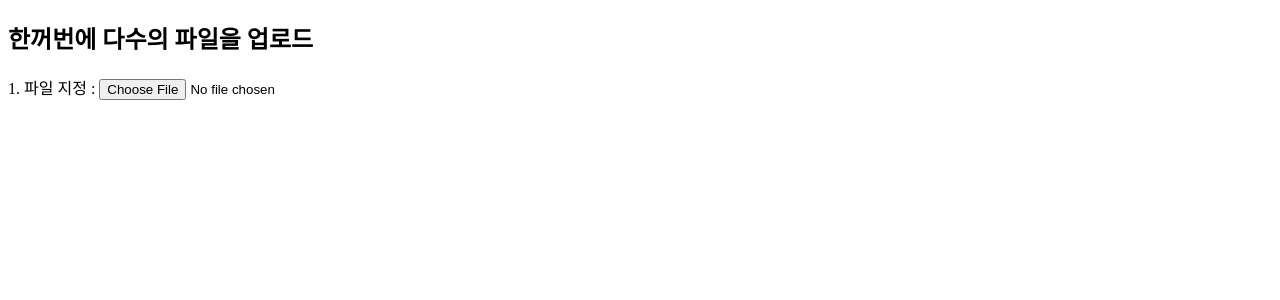
Repository: shinymusket/ideal-memory2
Page: http://localhost/web10/ex02_multiFileUpload.jsp
An editor plug-in stored every save of this project. The page is shown before and after the next save, followed by the edit.
The browser window is 1280 px wide. The pictures show the whole page.
The page is served by Tomcat 9. Other server files are loaded and not shown.

Above is the page before, as saved 2022-06-15 05:32:25.

### jspWorkSpace/web10/WebContent/ex02_multiFileUpload.jsp
<%@ page language="java" contentType="text/html; charset=UTF-8"
    pageEncoding="UTF-8"%>
<!DOCTYPE html>
<html>
<head>
<meta charset="UTF-8">
<title>한꺼번에 다수의 파일을 업로드</title>
</head>
<body>
	<h2>한꺼번에 다수의 파일을 업로드</h2>
	<form action="MultiUploadServlet" method="post" enctype="multipart/form-data">
		1. 파일 지정 : <input type="file" name = ""><br>

	</form>
</body>
</html>

After the next save:
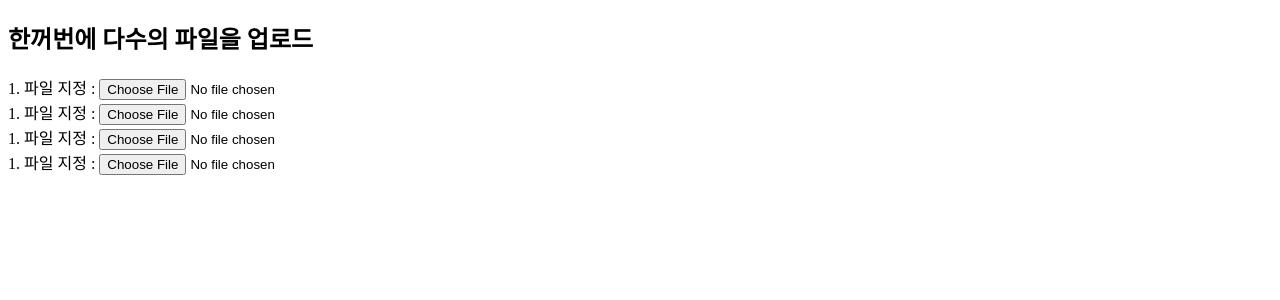
Saved 6 s later.
--- a/jspWorkSpace/web10/WebContent/ex02_multiFileUpload.jsp
+++ b/jspWorkSpace/web10/WebContent/ex02_multiFileUpload.jsp
@@ -10,7 +10,9 @@
 	<h2>한꺼번에 다수의 파일을 업로드</h2>
 	<form action="MultiUploadServlet" method="post" enctype="multipart/form-data">
 		1. 파일 지정 : <input type="file" name = ""><br>
-
+		1. 파일 지정 : <input type="file" name = ""><br>
+		1. 파일 지정 : <input type="file" name = ""><br>
+		1. 파일 지정 : <input type="file" name = ""><br>
 	</form>
 </body>
 </html>
